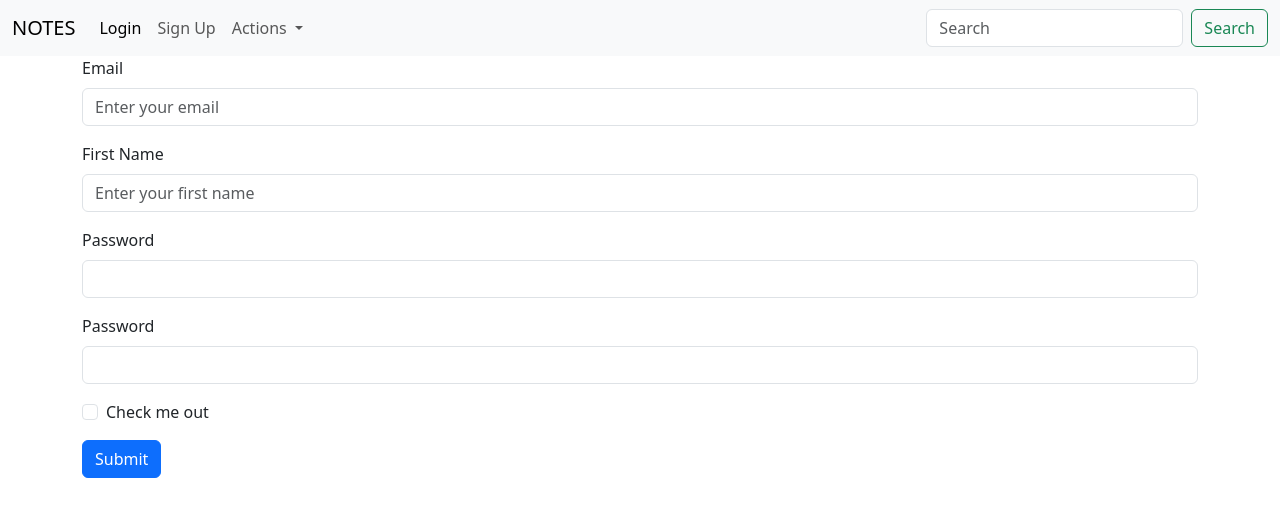
Repository: Qu4ntumGuy/flask-notes
Page: website/templates/signup.html
These files come from the project's save history. The page is drawn as it stood at one moment and after the next save; the edit follows.
The browser window is 1280 px wide. The pictures show the whole page.
The page is served by the project's application, run on Flask 3 (website/__init__.py). Other server files are loaded and not shown. The template is opened directly, without the code that normally fills it, so the values that code supplies are empty.

Above is the page before, as saved 2024-05-30 19:20:08.

### website/templates/signup.html
{%extends "index.html" %} {% block title %} Sign Up {% endblock %}

{% block content %}
<form method="post">
    <div class="mb-3">
      <label for="email" class="form-label">Email</label>
      <input type="email" class="form-control" id="email" aria-describedby="emailHelp" name="email" placeholder="Enter your email">
    </div>
    <div class="mb-3">
        <label for="firstName" class="form-label">First Name</label>
        <input type="text" class="form-control" id="firstName" aria-describedby="emailHelp" name="firstName" placeholder="Enter your first name">
      </div>
    <div class="mb-3">
      <label for="exampleInputPassword1" class="form-label">Password</label>
      <input type="password" class="form-control" id="exampleInputPassword1">
    </div>
    <div class="mb-3">
        <label for="exampleInputPassword1" class="form-label">Password</label>
        <input type="password" class="form-control" id="exampleInputPassword1">
      </div>
    <div class="mb-3 form-check">
      <input type="checkbox" class="form-check-input" id="exampleCheck1">
      <label class="form-check-label" for="exampleCheck1">Check me out</label>
    </div>
    <button type="submit" class="btn btn-primary">Submit</button>
  </form>
{% endblock %}

### website/templates/index.html
<!DOCTYPE html>
<html lang="en">
<head>
    <meta charset="UTF-8">
    <meta name="viewport" content="width=device-width, initial-scale=1.0">
    <link rel="stylesheet" href="https://cdn.jsdelivr.net/npm/bootstrap@5.3.3/dist/css/bootstrap.min.css">
    <title>{% block title %} Home {%endblock %} </title>
</head>
<body>
    <nav class="navbar navbar-expand-lg bg-body-tertiary">
        <div class="container-fluid">
          <a class="navbar-brand" href="/">NOTES</a>
          <button class="navbar-toggler" type="button" data-bs-toggle="collapse" data-bs-target="#navbarSupportedContent" aria-controls="navbarSupportedContent" aria-expanded="false" aria-label="Toggle navigation">
            <span class="navbar-toggler-icon"></span>
          </button>
          <div class="collapse navbar-collapse" id="navbarSupportedContent">
            <ul class="navbar-nav me-auto mb-2 mb-lg-0">
              <li class="nav-item">
                <a class="nav-link active" aria-current="page" href="/login">Login</a>
              </li>
              <li class="nav-item">
                <a class="nav-link" href="/signup">Sign Up</a>
              </li>
              <li class="nav-item dropdown">
                <a class="nav-link dropdown-toggle" href="#" role="button" data-bs-toggle="dropdown" aria-expanded="false">
                  Actions
                </a>
                <ul class="dropdown-menu">
                  <li><a class="dropdown-item" href="#">About us</a></li>
                  <li><a class="dropdown-item" href="#">User panel</a></li>
                  <li><hr class="dropdown-divider"></li>
                  <li><a class="dropdown-item" href="/logout">Logout</a></li>
                </ul>
              </li>
              <!-- <li class="nav-item">
                <a class="nav-link disabled" aria-disabled="true">Disabled</a>
              </li> -->
            </ul>
            <form class="d-flex" role="search">
              <input class="form-control me-2" type="search" placeholder="Search" aria-label="Search">
              <button class="btn btn-outline-success" type="submit">Search</button>
            </form>
          </div>
        </div>
      </nav>
      <div class="container">
        {% block content %}
        {% endblock %}
      </div>
    <script src="https://cdn.jsdelivr.net/npm/@popperjs/core@2.11.8/dist/umd/popper.min.js" integrity="sha384-I7E8VVD/ismYTF4hNIPjVp/Zjvgyol6VFvRkX/vR+Vc4jQkC+hVqc2pM8ODewa9r" crossorigin="anonymous"></script>
<script src="https://cdn.jsdelivr.net/npm/bootstrap@5.3.3/dist/js/bootstrap.min.js" integrity="sha384-0pUGZvbkm6XF6gxjEnlmuGrJXVbNuzT9qBBavbLwCsOGabYfZo0T0to5eqruptLy" crossorigin="anonymous"></script>
</body>
</html>

### website/__init__.py
from flask import Flask


def create_app():
    app = Flask(__name__)
    app.config['SECRET_KEY'] = 'randomstring'

    from .view import views
    from .auth import auth

    app.register_blueprint(views, url_prefix='/')
    app.register_blueprint(auth, url_prefix='/')

    return app

After the next save:
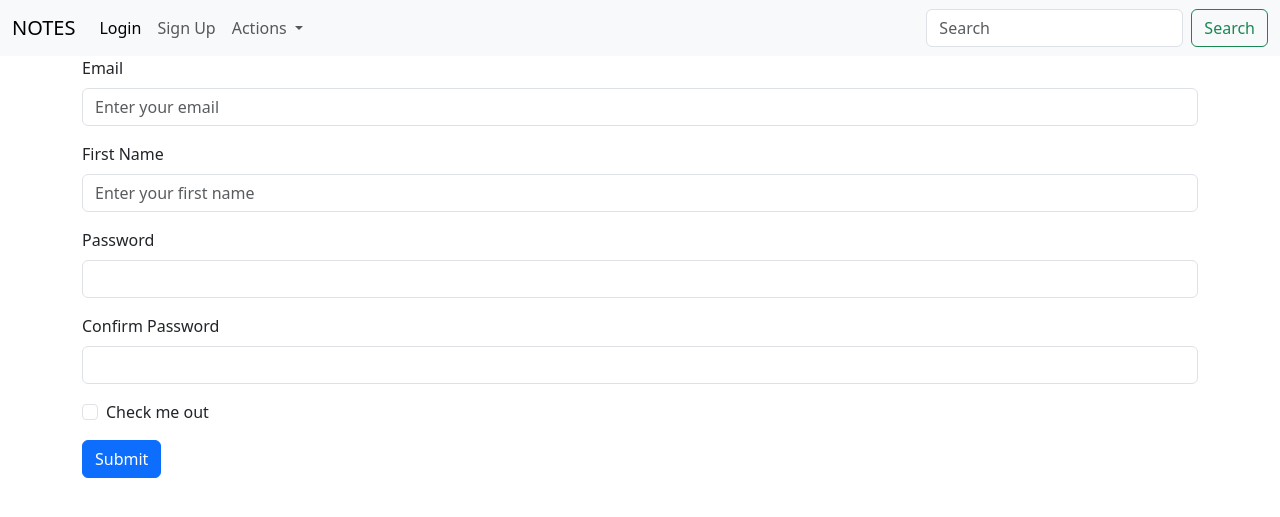
Saved 47 s later.
--- a/website/templates/signup.html
+++ b/website/templates/signup.html
@@ -15,8 +15,8 @@
       <input type="password" class="form-control" id="exampleInputPassword1">
     </div>
     <div class="mb-3">
-        <label for="exampleInputPassword1" class="form-label">Password</label>
-        <input type="password" class="form-control" id="exampleInputPassword1">
+        <label for="confirmPassword" class="form-label">Confirm Password</label>
+        <input type="password" class="form-control" id="confirmPassword">
       </div>
     <div class="mb-3 form-check">
       <input type="checkbox" class="form-check-input" id="exampleCheck1">
